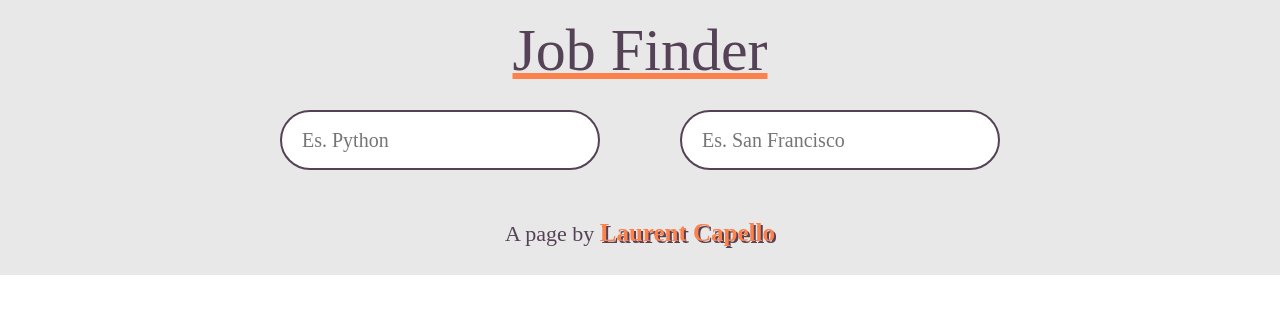
Repository: sokafootball/job-finder
Page: /
These files come from the project's save history. The page is drawn as it stood at one moment and after the next save; the edit follows.
The browser window is 1280 px wide. The pictures show the whole page.
The page's requests for data from a server got no answer. The project was rebuilt for these pictures with package versions that can differ from the ones it lists, and the page was loaded fresh each time. No one was signed in, and anything a server would have sent is missing. Also part of the build but not shown: src/components/JobCard/JobCard.css, src/components/JobCard/JobCard.js.

Above is the page before, as saved 2020-10-23 14:45:58.

### src/index.js
import 'bootstrap/dist/css/bootstrap.css';
import React from 'react';
import ReactDOM from 'react-dom';
import './index.css';
import App from './components/App/App';
import * as serviceWorker from './serviceWorker';

ReactDOM.render(
  <React.StrictMode>
    <App />
  </React.StrictMode>,
  document.getElementById('root')
);

// If you want your app to work offline and load faster, you can change
// unregister() to register() below. Note this comes with some pitfalls.
// Learn more about service workers: https://bit.ly/CRA-PWA
serviceWorker.unregister();

### src/index.css
body {
  margin: 0;
  font-family: -apple-system, BlinkMacSystemFont, 'Segoe UI', 'Roboto', 'Oxygen',
    'Ubuntu', 'Cantarell', 'Fira Sans', 'Droid Sans', 'Helvetica Neue',
    sans-serif;
  -webkit-font-smoothing: antialiased;
  -moz-osx-font-smoothing: grayscale;
}

code {
  font-family: source-code-pro, Menlo, Monaco, Consolas, 'Courier New',
    monospace;
}

/* http://meyerweb.com/eric/tools/css/reset/
   v2.0 | 20110126
   License: none (public domain)
*/

html, body, div, span, applet, object, iframe,
h1, h2, h3, h4, h5, h6, p, blockquote, pre,
a, abbr, acronym, address, big, cite, code,
del, dfn, em, img, ins, kbd, q, s, samp,
small, strike, strong, sub, sup, tt, var,
b, u, i, center,
dl, dt, dd, ol, ul, li,
fieldset, form, label, legend,
table, caption, tbody, tfoot, thead, tr, th, td,
article, aside, canvas, details, embed,
figure, figcaption, footer, header, hgroup,
menu, nav, output, ruby, section, summary,
time, mark, audio, video {
	margin: 0;
	padding: 0;
	border: 0;
	font-size: 100%;
	font: inherit;
	vertical-align: baseline;
}
/* HTML5 display-role reset for older browsers */
article, aside, details, figcaption, figure,
footer, header, hgroup, menu, nav, section {
	display: block;
}
body {
	line-height: 1;
}
ol, ul {
	list-style: none;
}
blockquote, q {
	quotes: none;
}
blockquote:before, blockquote:after,
q:before, q:after {
	content: '';
	content: none;
}
table {
	border-collapse: collapse;
	border-spacing: 0;
}

### src/components/App/App.js
import React from 'react';
import './App.css';
import Footer from "../Footer/Footer"
import Header from "../Header/Header"
import MainContent from "../MainContent/MainContent"
import Background from "../../background.jpg"

function App() {


  const style ={
    backgroundColor: "hsl(206, 29%, 66%)"
  }

  return (
    <div id="main-div">
      <Header />
      <MainContent />
      <Footer />
    </div>
  );
}

export default App;

### src/components/App/App.css
:root{
  --background-color: #E8E8E8;
  --cards-bg-color: white;
  --font-color: #564256;
  --border-color: #564256;
  --job-title-color: #fc814a;
  --card-element-gap: 10px;
}

.App {
  text-align: center;
}

.App-logo {
  height: 40vmin;
  pointer-events: none;
}

@media (prefers-reduced-motion: no-preference) {
  .App-logo {
    animation: App-logo-spin infinite 20s linear;
  }
}

.App-header {
  min-height: 100vh;
  display: flex;
  flex-direction: column;
  align-items: center;
  justify-content: center;
  font-size: calc(10px + 2vmin);
  color: white;
}

.App-link {
  color: #61dafb;
}

@keyframes App-logo-spin {
  from {
    transform: rotate(0deg);
  }
  to {
    transform: rotate(360deg);
  }
}

#main-div{
  background-color: var(--background-color);
  align-items: center;
  display: flex;
  flex-direction: column;
  color: var(--font-color);
}

### src/components/Footer/Footer.js
import React from 'react';
import './Footer.css';

function Footer(){
  return (
    <p id="footer">A page by <span id="signature">Laurent Capello</span></p>
  )
}

export default Footer

### src/components/Header/Header.js
import React from 'react';
import './Header.css';

function Header(){
  return (
      <p id="title">Job Finder</p>
  )
}

export default Header

### src/components/MainContent/MainContent.js
import React, {useState, useEffect, useCallback} from 'react';
import _ from 'lodash';
import './MainContent.css';
import SearchForm from "../SearchForm/SearchForm"
import JobCard from "../JobCard/JobCard"

function MainContent(){
  const[jobCards, setJobCards] = useState([])
  const[data, setData] = useState([])
  const[userInput, setUserInput] = useState({
    description: "",
    location: "",
    fullTime: true
  })

  const handleFormChange = e => {
    const {name, value, type, checked} = e.target
    type === "checkbox"
      ? setUserInput({...userInput, [name]: checked})
      : setUserInput({...userInput,[name]: value})
  }

  const buildUrl = () => {
    let url = "https://jobs.github.com/positions.json?"
    url += userInput.description ? `&description=${userInput.description}` : ""
    url += userInput.location ? `&location=${userInput.location}` : ""
    url += userInput.fullTime ? `&full_time=${userInput.fullTime}` : ""
    return url
    }

  const getData = url => {
    fetch(url)
    .then(response => response.json())
    .then(data => setData(data))
  }

  const debouncedGetData = useCallback(_.debounce(getData, 1500,{leading: true}),[])

  useEffect(() => {
    const url = buildUrl()
    debouncedGetData(url)
  // eslint-disable-next-line react-hooks/exhaustive-deps
  }, [userInput])

  useEffect(() => {
    let cards = []
    if(data.length !== 0) {
      cards = data.map(job => {
        return <JobCard
          key={job.id}
          date={job.created_at}
          logo={job.company_logo}
          company={job.company}
          location={job.location}
          type={job.type}
          title={job.title}
          url={job.url}
          description={job.description}
        />
     })
    }
    setJobCards(cards)
  // eslint-disable-next-line react-hooks/exhaustive-deps
  }, [data])

    return (
      <div id="main">
        <SearchForm
          handleFormChange={handleFormChange}
          userInput={userInput}
        />
        {jobCards}
      </div>
    )
}

export default MainContent

### src/components/Footer/Footer.css
#footer{
  font-size: 22px;
  margin: 20px 0px 30px 0px;
}

#signature{
  color:var(--job-title-color);
  text-shadow: var(--border-color) 2px 2px;
  font-size: 25px;
  font-weight: 800;
}

### src/components/Header/Header.css
#title{
  font-size: 60px;
  margin-top: 20px;
  text-decoration: underline var(--job-title-color);
}

### src/components/MainContent/MainContent.css
#main{
  align-items: center;
  display: flex;
  flex-direction: column;
  justify-content: space-between;
}

### src/components/SearchForm/SearchForm.js
import React from 'react';
import './SearchForm.css';

function SearchForm(props){
  return (
    <div id="form-container">
        <input
          className="input-text"
          name="description"
          type="text"
          onChange={e => props.handleFormChange(e)}
          placeholder="Es. Python"
          value={props.userInput.description}
        />
        <input
          className="input-text"
          name="location"
          type="text"
          onChange={e => props.handleFormChange(e)}
          placeholder="Es. San Francisco"
          value={props.userInput.location}
        />
    </div>
  )
}

export default SearchForm

### src/components/SearchForm/SearchForm.css
input{
  cursor: pointer;
}

.input-text {
  background-color: var(--cards-bg-color);
  border: 2px solid var(--border-color);
  border-radius: 30px;
  color: var(--font-color);
  font-size: 20px;
  height: 60px;
  outline: none;
  padding: 0px 20px;
  width: 40%;
}

#form-container{
  display: flex;
  justify-content: space-around;
  margin: 30px;
  width: 800px;
}

Loaded but not shown: public/index.html (common file); src/serviceWorker.js (common file)

After the next save:
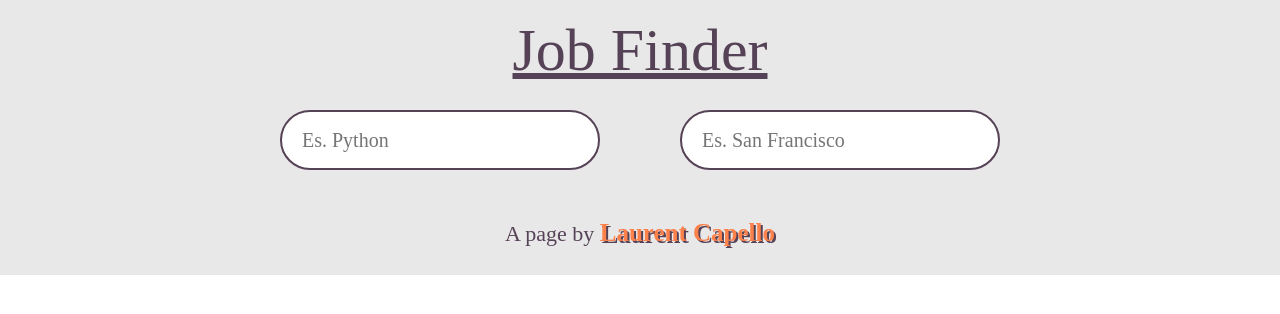
Saved 28 s later.
--- a/src/components/Header/Header.css
+++ b/src/components/Header/Header.css
@@ -1,5 +1,5 @@
 #title{
   font-size: 60px;
   margin-top: 20px;
-  text-decoration: underline var(--job-title-color);
+  text-decoration: underline var(--border-color);
 }
